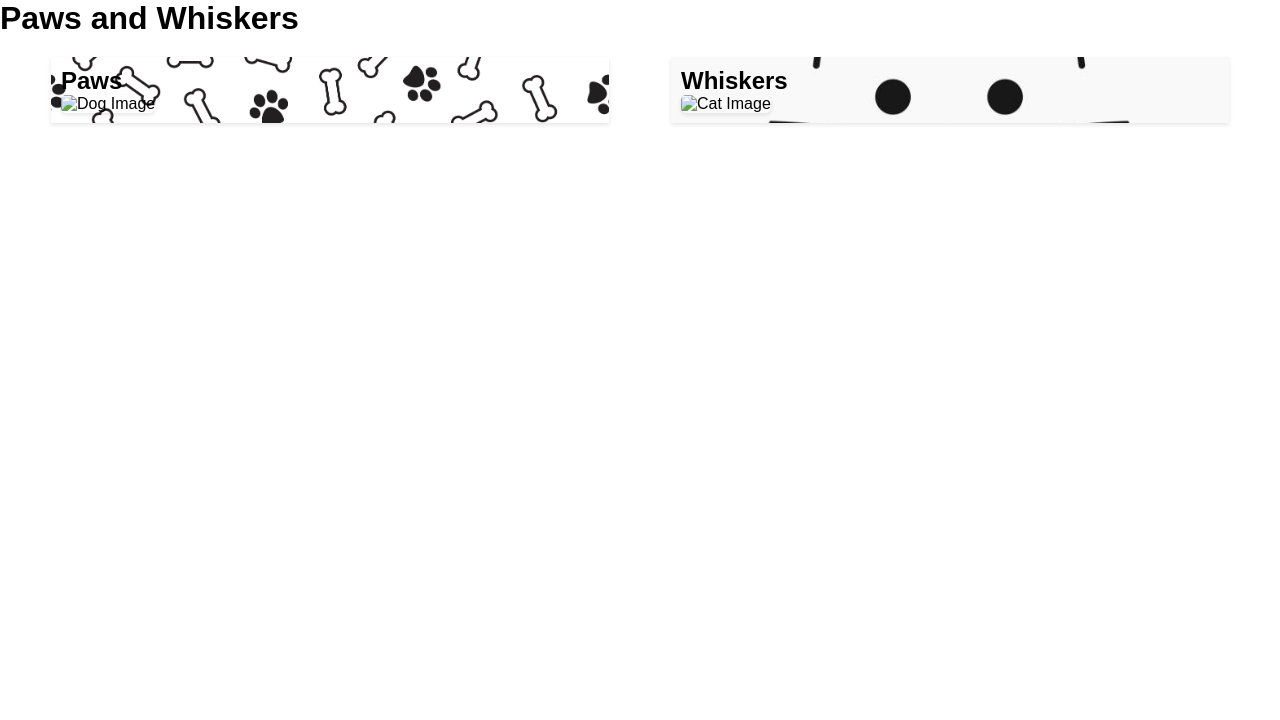
Repository: vimala-pydi/spring-pawsandwhiskers
Page: src/main/webapp/index.html
The author's editor kept a copy of each file at every save. The page is drawn from the files as they stood at one save, then again after the next save.
The browser window is 1280 px wide. The pictures show the whole page.
The page's requests for data from a server got no answer.

Above is the page before, as saved 2023-08-21 17:48:47.

After the next save:
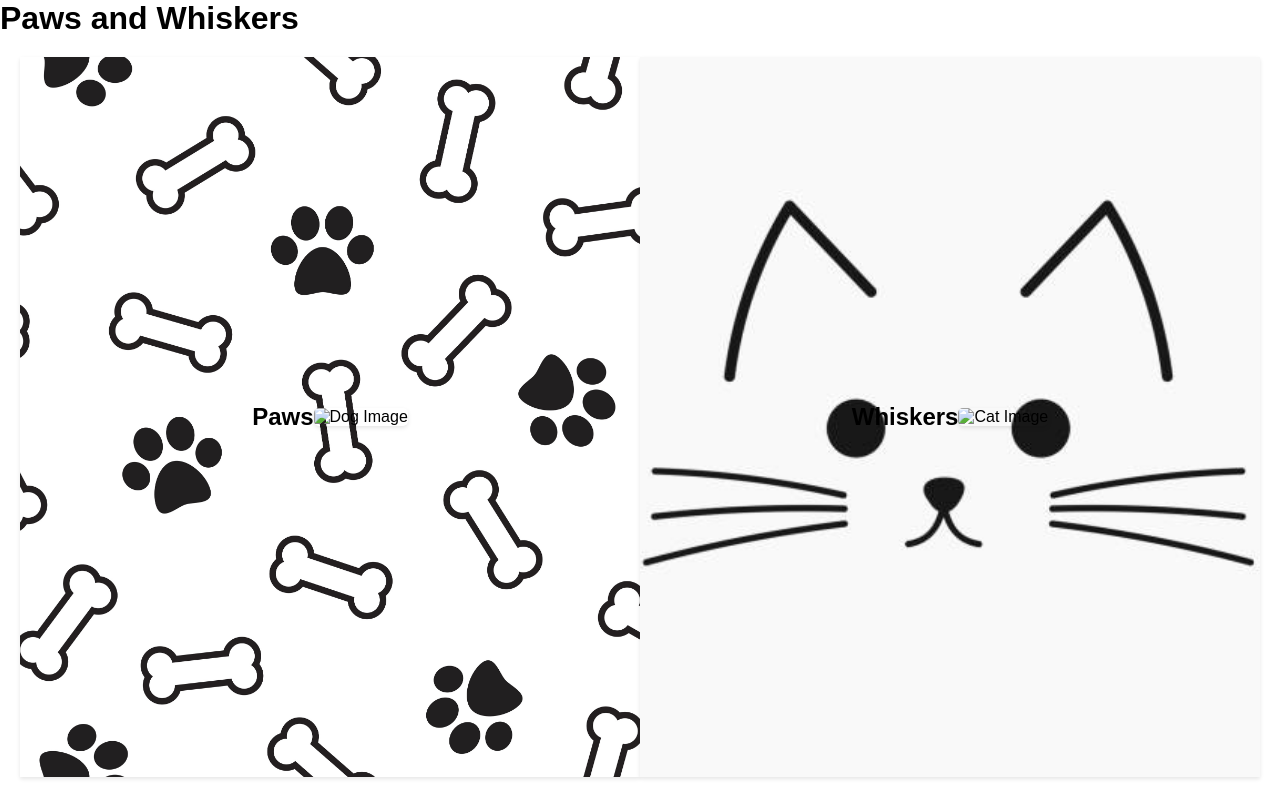
Saved 3 min 33 s later.
--- a/src/main/webapp/css/styles.css
+++ b/src/main/webapp/css/styles.css
@@ -19,11 +19,14 @@
 }
 
 .image-box {
-    width: 45%;
-    padding: 10px;
-    height: 80%;
+    width: 100%; /* Make the image boxes take up the full width of the page */
+    height: 100vh; /* Set the height of the image boxes to cover the entire viewport height */
+    background-size: cover; /* Set background image to cover the image box */
+    background-position: center center; /* Center the background image */
     box-shadow: 0 2px 4px rgba(0, 0, 0, 0.1);
-    background-size: cover;
+    display: flex;
+    align-items: center;
+    justify-content: center;
 }
 
 .image-box.dogs {
